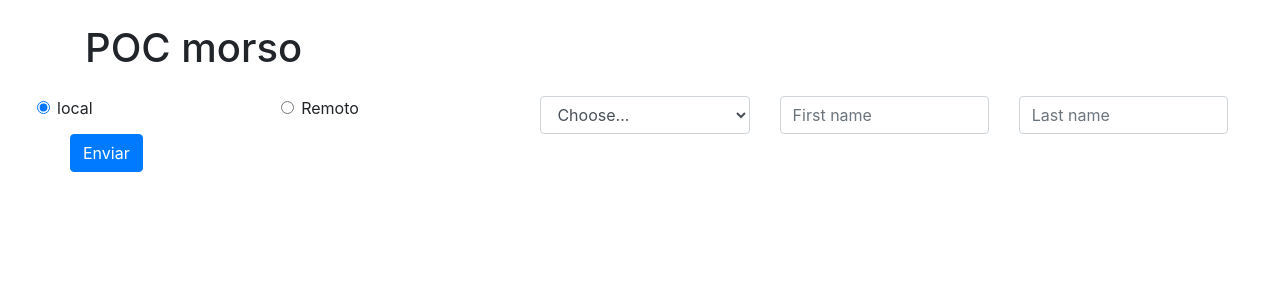
Repository: marisaoliva/poc-execute-cmd
Page: index.html
The author's editor kept a copy of each file at every save. The page is drawn from the files as they stood at one save, then again after a run of saves.
The browser window is 1280 px wide. The pictures show the whole page.

Above is the page before, as saved 2019-03-01 14:58:40.

After the next 2 saves:
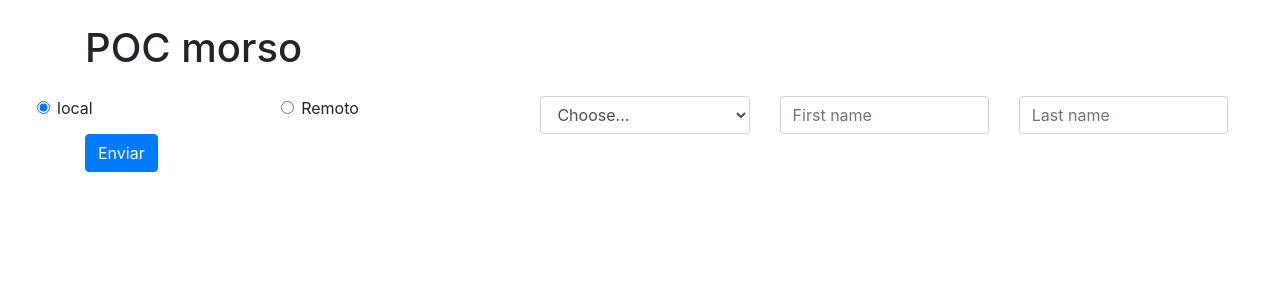
The 2 saves are shown as one change because they came seconds apart.
The last was saved 27 s later.
--- a/index.html
+++ b/index.html
@@ -34,7 +34,9 @@
 
                 </div>
                 <div class='row'>
-                    <button type="button" class="btn btn-primary">Enviar</button>
+                    <div class='col-12'>
+                        <button type="button" class="btn btn-primary">Enviar</button>
+                    </div>
                 </div>
               </form>
         </div>
